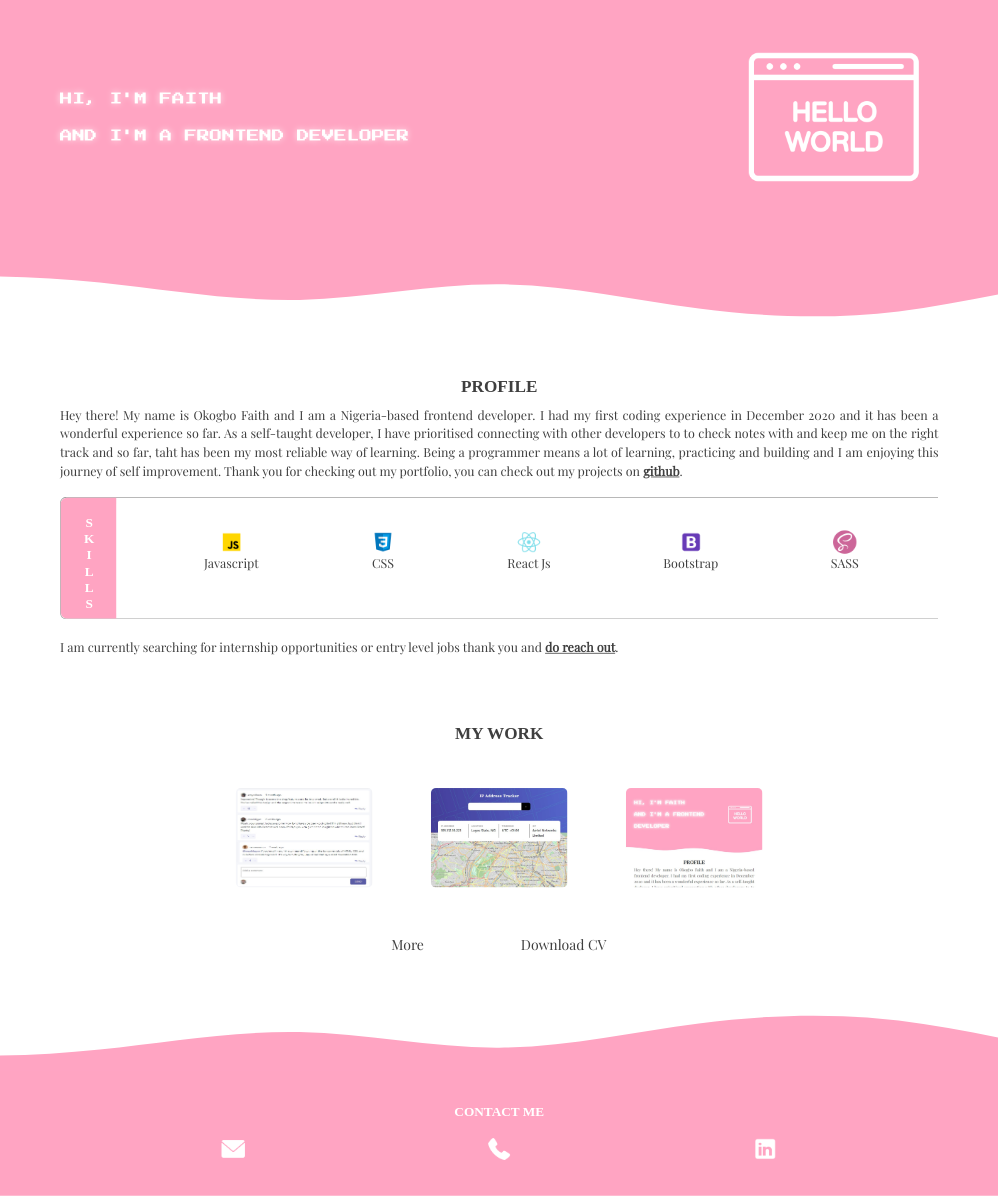
Repository: faithandjs/my-portfolio
Page: /
The author's editor kept a copy of each file at every save. The page is drawn from the files as they stood at one save, then again after the next save.
The browser window is 1280 px wide. The pictures show the whole page, at 78% of full size.
Some web fonts or font styles are not loaded; a fallback is used. The project was rebuilt for these pictures with package versions that can differ from the ones it lists, and the page was loaded fresh each time. Also part of the build but not shown: src/App.css.

Above is the page before, as saved 2022-04-06 01:20:31.

### public/index.html
<!DOCTYPE html>
<html lang="en">
  <head>
    <meta charset="utf-8" />
    <link rel="icon" href="%PUBLIC_URL%/favicon.ico" />
    <link rel="stylesheet" href="https://cdn.jsdelivr.net/npm/bootstrap@4.6.1/dist/css/bootstrap.min.css" integrity="sha384-zCbKRCUGaJDkqS1kPbPd7TveP5iyJE0EjAuZQTgFLD2ylzuqKfdKlfG/eSrtxUkn" crossorigin="anonymous">
    <meta name="viewport" content="width=device-width, initial-scale=1" />
    <meta name="theme-color" content="#000000" />
    <meta
      name="description"
      content="Web site created using create-react-app"
    />
    <link rel="apple-touch-icon" href="%PUBLIC_URL%/logo192.png" />
    <!--
      manifest.json provides metadata used when your web app is installed on a
      user's mobile device or desktop. See https://developers.google.com/web/fundamentals/web-app-manifest/
    -->
    <link rel="manifest" href="%PUBLIC_URL%/manifest.json" />
    <!--
      Notice the use of %PUBLIC_URL% in the tags above.
      It will be replaced with the URL of the `public` folder during the build.
      Only files inside the `public` folder can be referenced from the HTML.

      Unlike "/favicon.ico" or "favicon.ico", "%PUBLIC_URL%/favicon.ico" will
      work correctly both with client-side routing and a non-root public URL.
      Learn how to configure a non-root public URL by running `npm run build`.
    -->
    <title>Meet Deba</title>
  </head>
  <body>
    <noscript>You need to enable JavaScript to run this app.</noscript>
    <div id="root"></div>
    <!--
      This HTML file is a template.
      If you open it directly in the browser, you will see an empty page.

      You can add webfonts, meta tags, or analytics to this file.
      The build step will place the bundled scripts into the <body> tag.

      To begin the development, run `npm start` or `yarn start`.
      To create a production bundle, use `npm run build` or `yarn build`.
    -->
    <script src="https://cdn.jsdelivr.net/npm/jquery@3.5.1/dist/jquery.slim.min.js" integrity="sha384-DfXdz2htPH0lsSSs5nCTpuj/zy4C+OGpamoFVy38MVBnE+IbbVYUew+OrCXaRkfj" crossorigin="anonymous"></script>
    <script src="https://cdn.jsdelivr.net/npm/bootstrap@4.6.1/dist/js/bootstrap.bundle.min.js" integrity="sha384-fQybjgWLrvvRgtW6bFlB7jaZrFsaBXjsOMm/tB9LTS58ONXgqbR9W8oWht/amnpF" crossorigin="anonymous"></script>
  </body>
</html>

### src/App.js
import {Home} from './components/home'
import './App.css';

function App() {
  return (
    <div>
      <Home/>
    </div>
  );
}

export default App;

### src/components/home.js
import React, {useState} from 'react'
import './home.css'
import play from './images/play.png'
import code from './images/code.png'
import react from './images/react.png'
import bootstrap from './images/bootstrap.png'
import sass from './images/sass.png'
import graphql from './images/graphql.png'
import css from './images/css.png'
import js from './images/js.png'
import phone from './images/phone.png'
import linkedin from './images/linkedin.png'
import github from './images/github.png'
import email from './images/email.PNG'
import restaurant from './images/restaurant11.jpg'
import ics from './images/interactive-cs1.jpg'
import ip from './images/ip-address-tracker1.jpg'
import portfolio from './images/portfolio1.jpg'
import './sass/style.scss'

export const Home = () => {
    const [data, setData] = useState( require('./data.json'))
    const [datum, setDatum] = useState({title:'', img:[], text:'', github:'', live:'', target:''})
    const settingDatum = (n) => {
        const {name, img, text, github, live, target} = data.projects[n]
        setDatum({ title: name, img, text, github, live, target})
    }
    const carousel = (item, index) => {
        let classes;
        if (index === 0){classes = "carousel-item active"}
        else {classes = "carousel-item"}
        console.log(classes)
            return <div className={classes}>
                        <img src={item[index]} className="d-block w-100" alt="preview of my restaurants website" />
                    </div>
    }
    console.log('datum', datum.img)
    return (
        <div className='body'>
            <section className='introduction'>
                <div>
                    hi, i'm Faith<br />and I'm a frontend developer
                </div>
                <div className='image'><img src={code} /></div>
            </section>
            <div className='spacer layer'></div>
            <section className='about'>
                <h3>Profile</h3>
                <div className='about-text'>Hey there! My name is Okogbo Faith and I
                am a  Nigeria-based frontend developer. I had my first coding experience
                in December 2020 and it has been a wonderful experience so far.
                As a self-taught developer, I have prioritised connecting with other developers to
                to check notes with and keep me on the right track and so far, taht has been my most reliable
                way of learning. Being a programmer means a lot of learning, practicing and building and I am
                 enjoying this journey of self improvement. Thank you for checking out my portfolio, you can check out
                 my projects on <a href='https://github.com/debaaah' target='_blank'>github</a>.
                </div>

                <div className='skills'>
                    <h4>Skills</h4>
                    <ul className='dev-icons'>
                        <li>
                            <img src={js} />
                            <p>Javascript</p>
                        </li>
                        <li>
                            <img src={css} />
                            <p>CSS</p>
                        </li>
                        <li>
                            <img src={react} />
                            <p>React Js</p>
                        </li>
                        <li>
                            <img src={bootstrap} />
                            <p>Bootstrap</p>
                        </li>
                        <li>
                            <img src={sass} />
                            <p>SASS</p>
                        </li>
                    </ul>
                </div>
                <div className='about-text'>I am currently searching for internship opportunities or entry level jobs thank you and <a href='#contact'>do reach out</a>.</div>
            </section>

            <section className='work'>
                <h3>My work</h3>
                <div className='gallery'>
                    {/*div className='img-box' data-toggle="modal" onClick={() => {
                         settingDatum(0)
                    }} data-target="#modal">
                        <img src={restaurant} />
                    </div>*/}
                    <div className='img-box' data-toggle="modal" onClick={() => {
                         settingDatum(1)
                    }} data-target="#modal">
                        <img src={ics} />
                    </div>
                    <div className='img-box' data-toggle="modal" onClick={() => {
                         settingDatum(2)
                    }} data-target="#modal">
                        <img src={ip} />
                    </div>
                    <div className='img-box' data-toggle="modal" onClick={() => {
                         settingDatum(3)
                    }} data-target="#modal">
                        <img src={portfolio} />
                    </div>

                </div>
                <div className='extras'>
                    <div className='see-more'>
                        <a href='https://github.com/debaaah?tab=repositories' target='_blank'>More</a>
                    </div>
                    <div className='btn'><a href='okogbo-faith-cv.pdf' download>Download CV</a></div>
                </div>
            </section>
            <div className='spacer layer1'></div>
            <section className='contact' id='contact'>
                <h4>contact me</h4>
                <ul>
                    <li>
                        <a href='mailto:okogbofaith@gmail.com' target='_blank' title='okogbofaith@gmail.com'><img src={email} /></a>
                    </li>
                    <li>
                        <a href='tel:+2349043126914' target='_blank' title='+2349043126914'><img src={phone} /></a>
                    </li>
                    {/*<li>
                        <a href='' target='_blank' title=''><img src={twitter} /></a>
                    </li>*/}
                    <li>
                        <a href='https://www.linkedin.com/in/okogbo-faith' target='_blank' title='https://www.linkedin.com/in/okogbo-faith'><img src={linkedin} /></a>
                    </li>
                </ul>
            </section>

            <div className="modal fade" id="modal" tabIndex="-1" aria-labelledby="preview of restaurant prompt" aria-hidden="true">
                <div className="modal-dialog">
                    <div className="modal-content">

                        <div className="modal-body">
                            <div id="carouselExampleControls" className="carousel slide" data-ride="carousel">
                                <div className="carousel-inner">
                                    {datum.img.map((item, index) => {

                                        let classes;
                                        if (index === 0){classes = "carousel-item active"}
                                        else {classes = "carousel-item"}
                                        console.log(classes)
                                        return <div className={classes}>
                                                        <img src={item[index]} className="d-block w-100" alt="preview of my restaurants website" />
                                                    </div>})}
                                </div>
                                <button className="carousel-control-prev" type="button" data-target="#carouselExampleControls" data-slide="prev">
                                    <span className="carousel-control-prev-icon" aria-hidden="true"></span>
                                    <span className="sr-only">Previous</span>
                                </button>
                                <button className="carousel-control-next" type="button" data-target="#carouselExampleControls" data-slide="next">
                                    <span className="carousel-control-next-icon" aria-hidden="true"></span>
                                    <span className="sr-only">Next</span>
                                </button>
                            </div>
                        </div>
                        <div className="modal-footer">
                            <div className='caption'>{datum.text}</div>
                            <div className='footer-btns'>
                               <a href={datum.github} target='_blank'><div><img src={github} /></div></a>
                                <a href={datum.live} target={datum.target}><div><img src={play} /></div></a>

                               {/* <button type='button' className='btn close-modal' data-dismiss='modal'>x</button>*/}
                            </div>
                        </div>
                    </div>
                </div>
            </div>
        </div >
    )
}

### src/components/home.css
@import url('https://fonts.googleapis.com/css2?family=Cantata+One&family=Cormorant+Garamond:ital,wght@1,300;1,400&family=Press+Start+2P&display=swap');
@import url('https://fonts.googleapis.com/css2?family=Playfair+Display&display=swap');

.image{
    padding: 0 2vw 0 20px;
}
.introduction img{
    display: none;
    width: 17vw;
}
.about .about-text{
    text-align: justify;
    padding-top: 2px;
}
.about a{
    color: rgb(63, 63, 63);
    font-weight: bold;
    text-decoration: underline;
}
.skills{
    margin: 3vh 0;
    border: 1px solid rgb(160, 160, 160);
    border-bottom-left-radius: 8px;
    border-top-left-radius: 8px;
    border-right: 0;
    display: flex;
    width: 100%;
}
.skills h4{
    letter-spacing: 2px;
    writing-mode: vertical-rl;
    text-orientation: upright;
    margin: 0 !important;
    padding: 3vh 2vw 1vh;
    background-color: #ffa4c2;
    border-bottom-left-radius: 8px;
    border-top-left-radius: 8px;
    color: #fff;
}
.dev-icons{
    width: -webkit-fill-available;
    display: flex;
    justify-content: space-around;
    align-items: center;
    padding: 2vh 30px 0 40px !important;
}
.dev-icons li img{
    width: 30px;
}
.js{
    font-weight: bold;
}
.work{
    z-index: 1;
}/*
.gallery{
    display: flex;
    justify-content: center;
    flex-wrap: wrap;
    align-items: baseline;
    margin-top: 4vh;
}*/
.img-box img:hover{
    cursor: pointer;
}
.modal{
    background-color: #ffffff98;
    padding: 0;
}
.modal-dialog, .modal-content, .modal-body{
    background-color: #ffffff !important;
}
.modal img{
    border-radius: 0;
}
.modal-body{
    padding: 0 !important;
}/*
.modal-footer{
    border-top: 0px !important;
    font-family: 'Playfair Display', serif;
    font-size: 18px;
    border-radius: 0;
    justify-content: unset;
}*/
.caption{
    text-align: center;
}/*
.footer-btns{
    display: flex;
    justify-content: flex-end;
    width: 100%;
}/*
.modal-footer .close-modal{
    font-weight: bold;
    background-color: #ffa4c2 !important;
    border-radius: 0;
    color: #fff;
    border: 1px solid #ffa4c2;
    border-radius: 0;
}
.close-modal{
    font-family: Arial, Helvetica, sans-serif;
}*/
.contact{
    padding: 6vh 10vw 4vh;
    background-color: #ffa4c2;
    color: #fff;
}
.contact h4{
    margin-bottom: 3vh;
}
.contact img{
    width: 30px;
}
.contact ul{
    display: flex;
    justify-content: space-around;
    margin-top: 3vh;
}
.contact li{
    margin: 0 4vw;
}
@media only screen and (max-width: 560px){
    .skills{
        margin: 3vh 0;
        padding: 3vh 0 1vh;
        border: 0;
        border-top: 1px solid rgb(160, 160, 160);
        border-bottom: 1px solid rgb(160, 160, 160);
        border-bottom-left-radius: 0;
        border-top-left-radius: 0;
        display: block;
        width: 100%;
    }
    .skills h4{
        writing-mode: horizontal-tb;
        text-orientation: mixed;
        padding: 0 0 3vh 0;
        background-color: #ffffff;
        border-bottom-left-radius: 0;
        border-top-left-radius: 0;
        color: rgb(63, 63, 63);
    }
    .dev-icons{
        display: flex;
        justify-content: space-around;
        align-items: center;
        flex-wrap: wrap;
        padding: 0 !important;
        margin-bottom: 0;
    }
    .dev-icons li{
        width: 80px;
        padding: 5px;
    }/*
    .see-more{
        width: 50px;
        height: 50px;
    }/
    .gallery{
        justify-content: center;
    }*/
    .gallery img{
        width: 240px;
        margin: 0 0 0 0;
    }
}
@media only screen and (max-width: 360px){
    .gallery{
        display: block;
    }/*
    .see-more{
        margin: auto;
    }*/
    .img-box{
        margin: 0 0 2vh 0;
    }
}
@media only screen and (max-width: 420px){
    .introduction{
        font-size: 17px;
    }
}
@media only screen and (min-width: 576px){
    .spacer{
        aspect-ratio: 960/300;
        width: 100%;
        background-repeat: no-repeat;
        background-position: center;
        background-size: cover;
    }
    .layer{
        background-image: url('./images/wave-top.svg');
        position: relative;
    }
    .layer1{
        background-image: url('./images/wave-bottom.svg');
        position: relative;
        top: -300px;
    }
    .work, .about{
        position: relative;
        top: -130px;
    }
    .contact{
        top: -330px;
    }
}
@media only screen and (min-width: 768px){
    .introduction img{
        display: block;
    }
    .work, .about{
        top: -170px;
    }
    .work{
        padding-bottom: 1vh;
    }
    .modal-dialog{
        min-width: 700px;
    }/*
    .modal-footer, section .introduction{
        font-size: 22px;
    }*/
    h3{
        font-size: 25px;
    }
    h4{
        font-size: 20px;
    }
    .layer1{
        top: -340px;
    }
    .contact{
        top: -380px;
    }
}
@media only screen and (min-width: 1000px){
    .modal-dialog{
        min-width: 1000px;
    }
    .work .btn{
        margin-top: 5vh;
    }
}
@media only screen and (min-width: 1200px){

    .work, .about{
        top: -260px;
    }
    .layer1{
        top: -490px;
    }
    .contact{
        top: -530px;
    }
}
@supports (-webkit-touch-callout: none){
    .dev-icons li{
        width: 100px;
        padding: 5px;
    }
    .spacer{
        display: none;
    }
    .work{
        padding-bottom: 6vh;
    }
    .work, .about{
        position: relative;
        top: 0px;
    }
    .contact{
        top: 0px;
    }
}

### src/components/sass/style.scss
$pink: #ffa4c2;
$blackish: #3f3f3f;

.body{
    background: white repeat;
    height: 100vh;
    position: relative;
}
section{
    padding: 6vh 6vw;
    text-align: center;
    color: rgb(63, 63, 63);
    font-family: 'Playfair Display', serif;
    min-height: 50px;
    position: relative;
}
ul{
    list-style-type: none;
    padding-inline-start: 0px;
}
h3,h4{
    font-family: 'Cantata One', serif;
    text-transform: uppercase;
    font-weight: bold;
}
h3{
    font-size: 22px;
}
h4{
    font-size: 17px;
}
@keyframes glow{
    0%{
        text-shadow: 0;
        }
    30%{
        text-shadow: 0 0 10px #fff,;
        }
    60%{
        text-shadow: 0 0 10px #fff,
                    0 0 20px #fff;
        }
    90%{
            text-shadow: 0 0 10px #fff,
                        0 0 20px #fff;
            }
    100%{
            text-shadow: 0 0 10px #fff;
            }
}
.introduction{
    font-family: 'Press Start 2P', cursive;
    background-color: #ffa4c2;
    color: #fff;
    height: 300px;
    text-align: left;
    text-transform: uppercase;
    display: flex;
    justify-content: space-between;
    align-items: center;
    line-height: 3;
    animation-name: glow;
    animation-duration: 5s;
    animation-iteration-count: infinite;
}


.work{

    .gallery{
        display: flex;
        justify-content: center;
        flex-wrap: wrap;
        align-items: baseline;
        margin-top: 4vh;
    }
    .extras{
        margin: auto;
        display: flex;
        justify-content: space-around;
        align-items: center;
        max-width: 400px;
    }
    .img-box {
        img{
            width: 250px;
            height: 182px;
            border-radius: 9px;
            max-height: 300px;
            transform: scale(0.7);
        }
    }
    .btn, .see-more{
        font-size: large;
        margin-top: 3vh;
        border-radius: 0;
        display: flex;
        justify-content: center;
        align-items: center;
        padding: 10px;
        a{
            color: $blackish !important;
            &:hover{
                text-decoration: none;
            }
        }
        &:hover{
            /*background-color: $pink;*/
            background: lighten($blackish, 70%);
            /*a{
                color: white !important;
            }*/
        }

    }
}
.modal{
    padding-right: 0px !important;

    .carousel {
        width: -webkit-fill-available;
    }
    .modal-footer{
        font-family: 'Playfair Display', serif;
        justify-content: flex-start;
        .footer-btns{
            display: flex;
            justify-content: flex-end;
            width: 100%;
            div{
                margin: 2px;
                height: 50px;
                width: 50px;
                display: flex;
                align-items: center;
                border-radius: 3px;
                img{
                    width: 40px;
                    height: 40px;
                    padding: 3px;
                    margin: 0 5px;
                }
                &:hover{
                    background: lighten($pink, 10%);
                }
                &:nth-child(2) img{
                    width: 35px;
                    height: 35px;
                }

            }
        }

    }
}

### src/components/data.json
{
    "projects": [
        {
            "name" : "Deba's Bistro",
            "img":[
                {"0": "./images/restaurant.jpg"},
                {"1": "./images/restaurant1.jpg"},
                {"2": "./images/restaurant2.jpg"},
                {"3": "./images/restaurant3.jpg"}
            ],
            "text": "This is a website for a restaurant that I designed and developed. It was made with React Js, CSS and Bootstrap",
            "github": "https://github.com/debaaah/a-restaurants-website",
            "live" : "https://debas-bistro.netlify.app/index.html",
            "target": "_blank"
        },
        {
            "name" : "interactive comment section",
            "img":[
                {"0": "./images/interactive-cs.jpg"},
                {"1": "./images/interactive-cs1.jpg"}
            ],
            "text": "This is a Frontend Mentor challenge, It is responsive, accessible and makes use of local storage. It was made with React and SASS.",
            "github": "https://github.com/debaaah/interactive-comments-section-",
            "live" : "https://frontendmentor-interactive-comments-section.netlify.app/",
            "target": "_blank"
        },

        {
            "name" : "ip address tracker",
            "img":[{"0": "./images/ip-address-tracker.jpg"}],
            "text": "This is a Frontend Mentor challlenge where I worked with an API. It was created with React and CSS.",
            "github": "https://github.com/debaaah/ip-address-tracker",
            "live" : "https://onosedeba.netlify.app/",
            "target": "_self"
        },
        {
            "name" : "My portfolio",
            "img":[{"0": "./images/portfolio.jpg"}],
            "text": "This is my portfolio that I designed, you are already previewing the live site. It was created with React, SASS and Bootstrap.",
            "github": "https://github.com/debaaah/my-portfolio",
            "live" : "https://onosedeba.netlify.app/",
            "target": "_self"
        }
    ]
}

Loaded but not shown: src/index.js (common file); src/index.css (common file); src/reportWebVitals.js (common file)

After the next save:
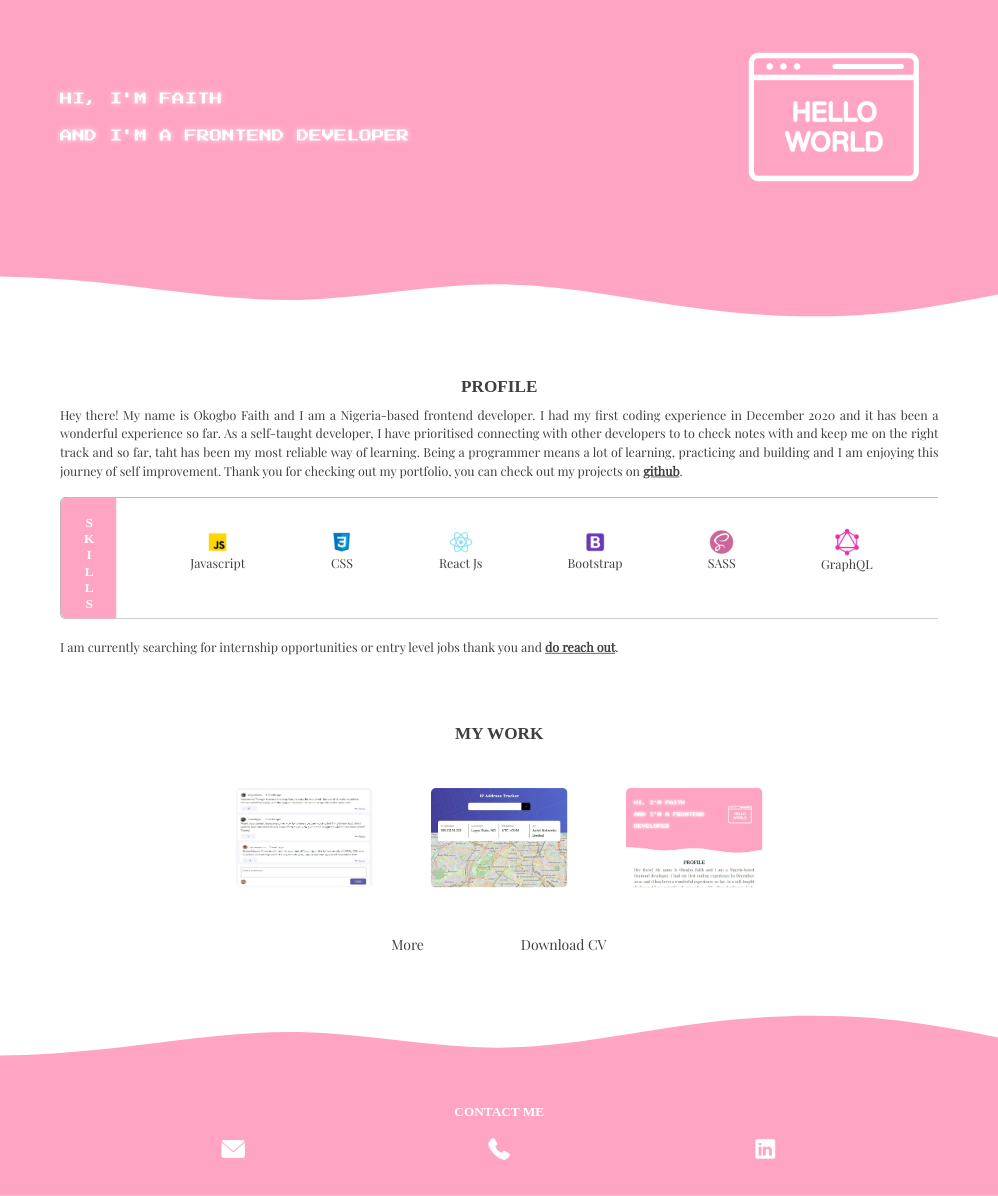
Saved 33 s later.
--- a/src/components/home.js
+++ b/src/components/home.js
@@ -78,6 +78,10 @@
                         <li>
                             <img src={sass} />
                             <p>SASS</p>
+                        </li>
+                        <li>
+                            <img src={graphql} />
+                            <p>GraphQL</p>
                         </li>
                     </ul>
                 </div>
